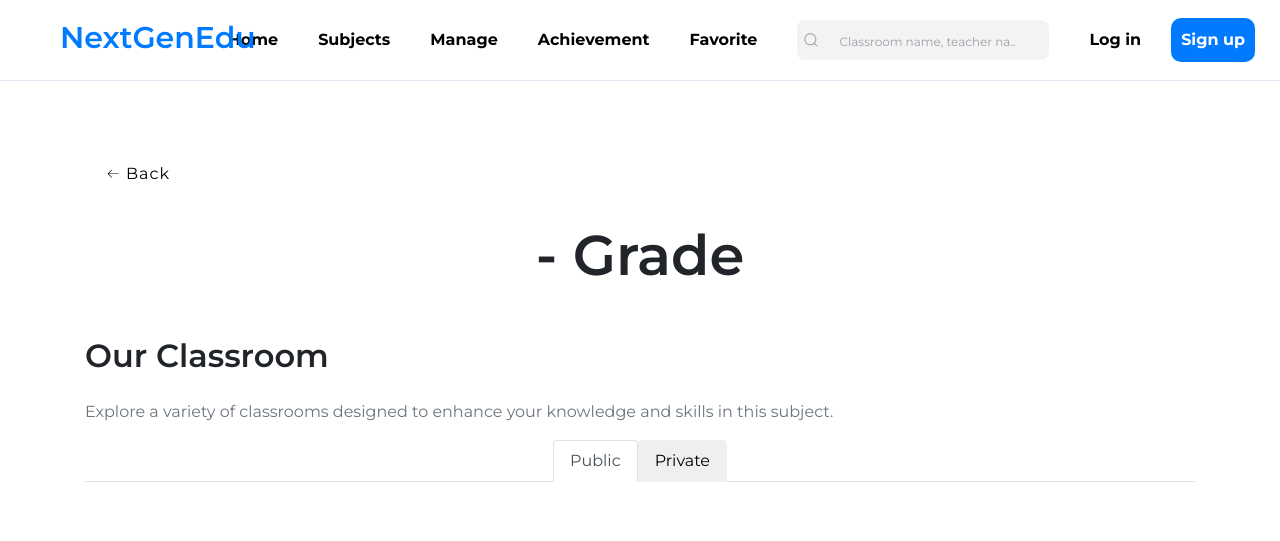
Repository: khoilvgcc210040/nextgenedu
Page: templates/classrooms.html
These files come from the project's save history. The page is drawn as it stood at one moment and after a run of saves; the edit follows.
The browser window is 1280 px wide. The pictures show the whole page.
The page is served by the project's application, run on Django 5.2 (manage.py). The template is opened directly, without the code that normally fills it, so the values that code supplies are empty.

Above is the page before, as saved 2024-08-11 21:55:50.

After the next 3 saves:
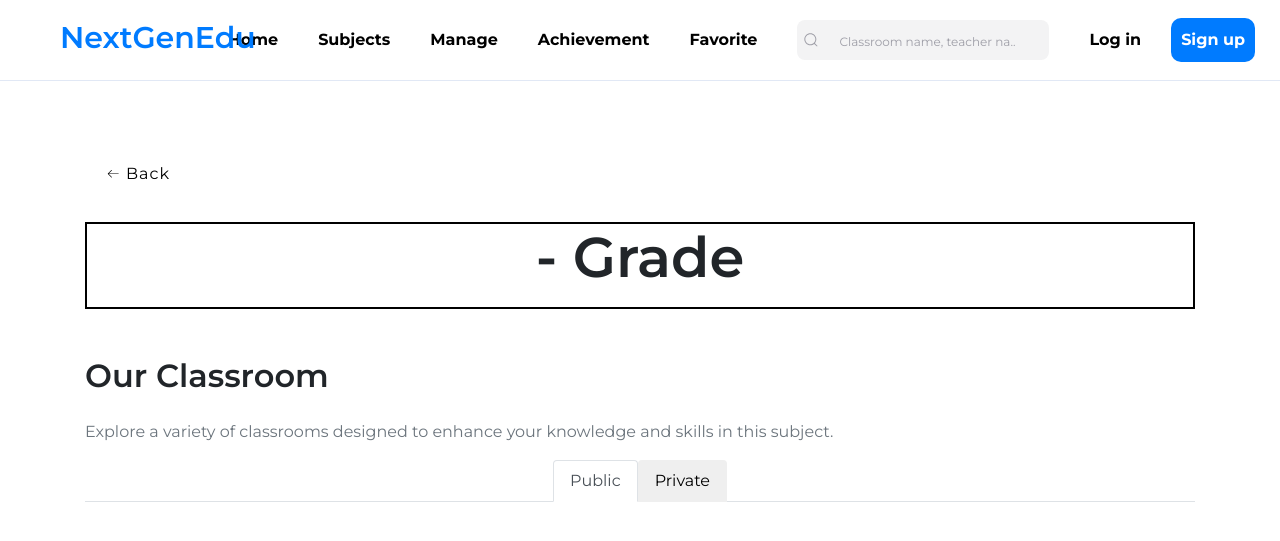
The 3 saves are shown as one change because they came seconds apart.
The last was saved 8 s later.
--- a/templates/classrooms.html
+++ b/templates/classrooms.html
@@ -50,7 +50,7 @@
     }
 
     header {
-        border:
+        border: 2px solid #000;
     }
 </style>
 <body>
